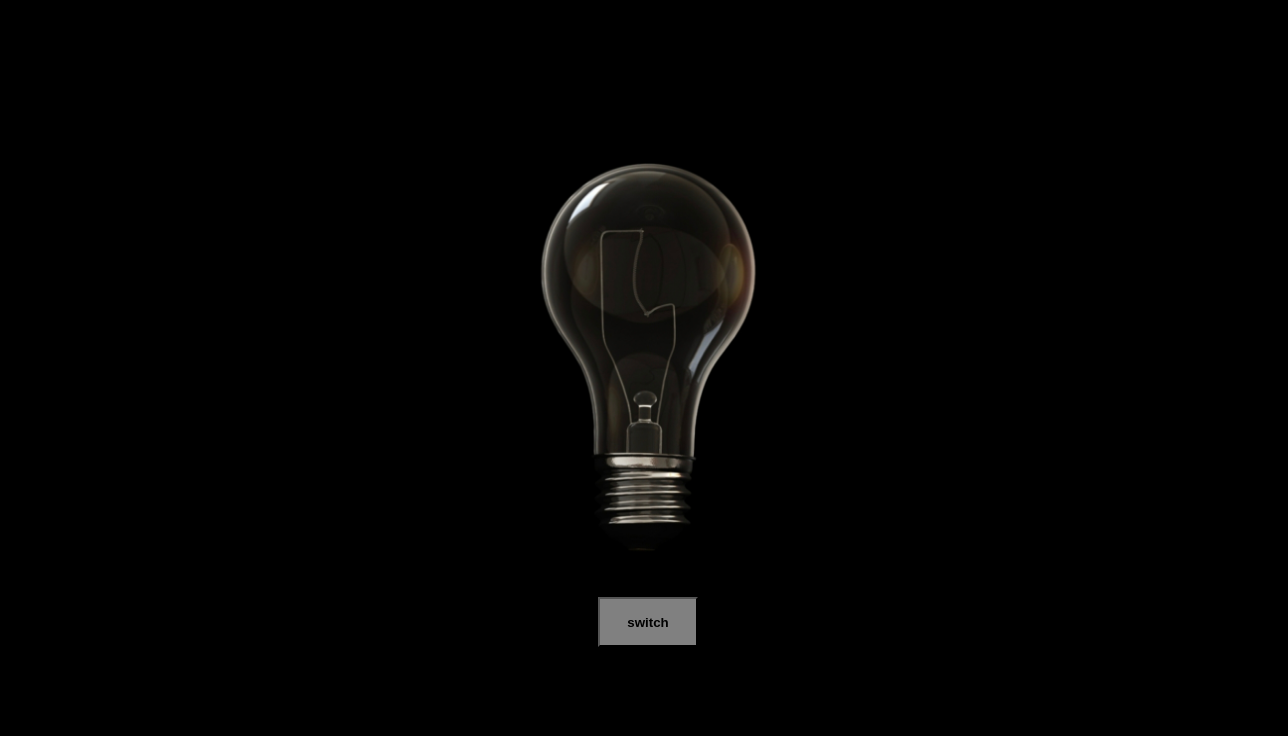
Repository: JunaidAnsari202/bulb
Page: index.html
An editor plug-in stored every save of this project. The page is shown before and after the next save, followed by the edit.
The browser window is 1280 px wide. The page is 1288 px wide, so the pictures cover 1288 px, including what lies to the right of the window. The pictures show the whole page.
The pointer rests on the first visible `.bttn`.

Above is the page before, as saved 2023-10-27 21:43:45.

### index.html
<!DOCTYPE html>
<html lang="en">
<head>
    <meta charset="UTF-8">
    <meta name="viewport" content="width=device-width, initial-scale=1.0">
    <title>Document</title>
    <link rel="stylesheet" href="style.css">
</head>
<body>
<div><img id="bulb" src="img/off.jpg" alt="" class="bulb"></div>
   <div> <button id="btn" class="bttn" ><span style="display: hidden;">switch</span></button></div>
</body>

<script>
    let button=document.getElementById('btn')
    let bulb=document.getElementById('bulb')
    button.addEventListener('click',bulbs)
    function bulbs(e){
        if(button.textContent.includes('on')){
            bulb.src="img/off.jpg"
            button.textContent="Turn off"
        }
        else{
            bulb.src="img/on.jpg"
            button.textContent="Turn on"
        }
    }
   </script>
</html>

### style.css
body{
    width: 100vw;
    height: 100vh;
    background-color: black;
    overflow: hidden;
    display: flex;
    justify-content: center;
    align-items: center;
    flex-direction: column;
}
*{
    /* border: 1px red dashed; */

}
.bulb{
    height: 500px;
    width: 350px;
}


.bttn{
    margin-top: 4%;
    /* margin-left: ; */
    font-weight: 800;
    height: 50px;
    width: 100px;

}
.bttn:hover{
    background-color: grey;
    border: f4px white solid;

}

After the next save:
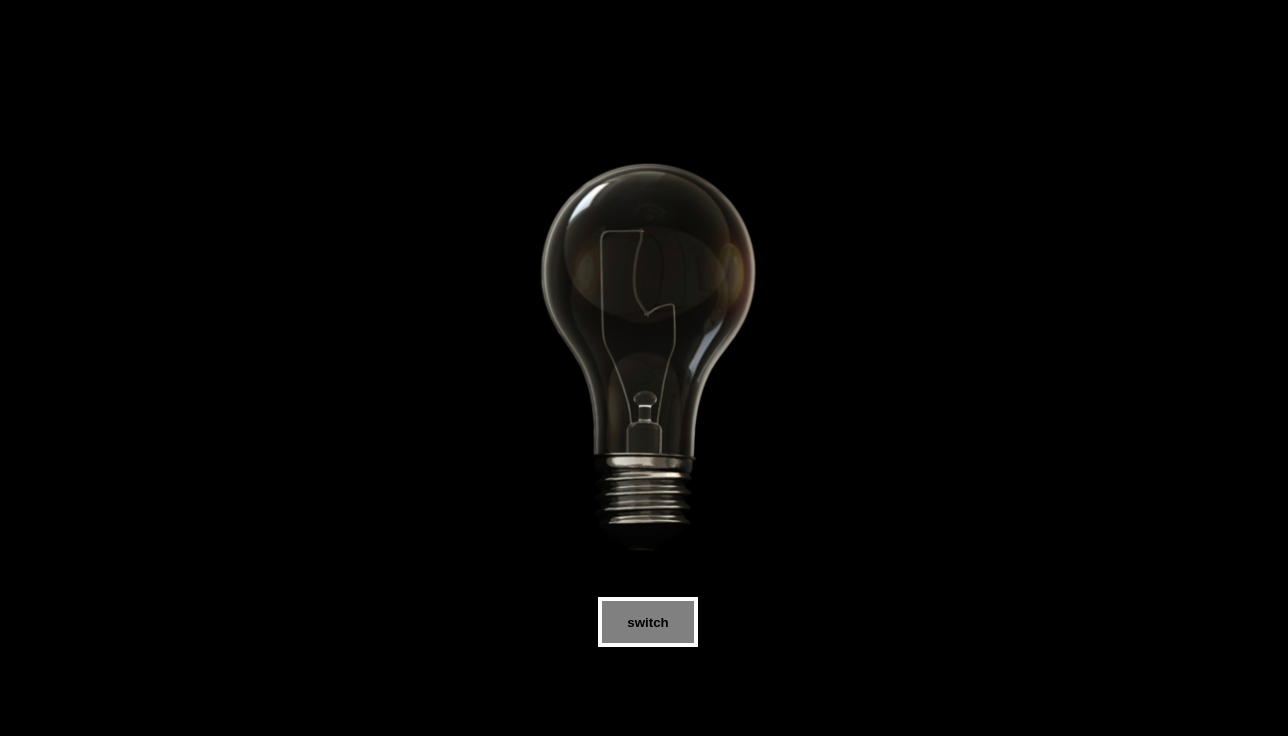
Saved 6 s later.
--- a/style.css
+++ b/style.css
@@ -28,6 +28,6 @@ body{
 }
 .bttn:hover{
     background-color: grey;
-    border: f4px white solid;
+    border: 4px white solid;
 
 }
